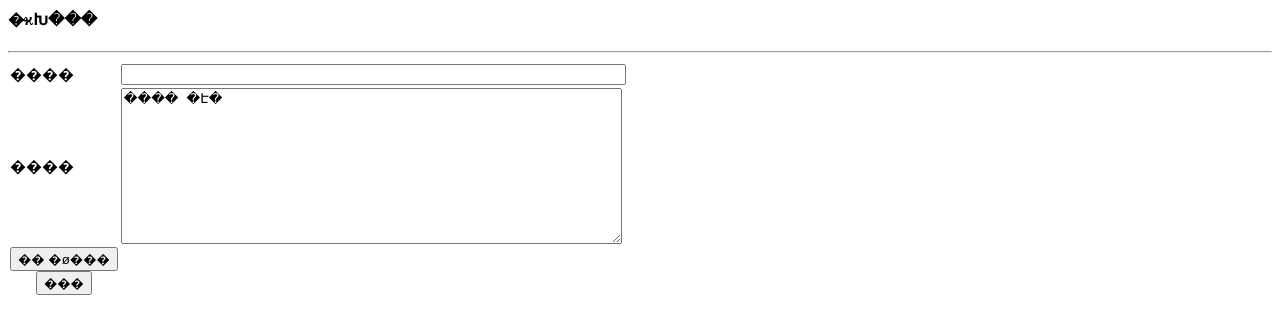
Repository: 2ujin/2018-PHP-afterschool
Page: http://localhost/CH06/ch06_05.php
An editor plug-in stored every save of this project. The page is shown before and after the next save, followed by the edit.
The browser window is 1280 px wide. The pictures show the whole page.
The page is run by PHP 8.4 with error messages shown; the project is at /var/www/html/.

Above is the page before, as saved 2018-07-31 01:15:45.

### PHPStudy/CH06/ch06_05.php
<html>
<h4>미니게시판</h4><hr>
<table  width = "60" cellspacing="1" cellpaddding="4">
<tr><td>제목</td><td><input type = text size = 60 id = title></input></td></tr>
<tr><td valign = "middle">내용</td><td><textarea name = "content" cols = "60" rows = "10">내용 입력</textarea></td></tr>
<tr><td align="center"><input type = "submit" value = "글 올리기" id = "submit"><input type="submit" value = "취소" id = "cancel"></td></tr>
</table>
</html>

<?php

?>

After the next save:
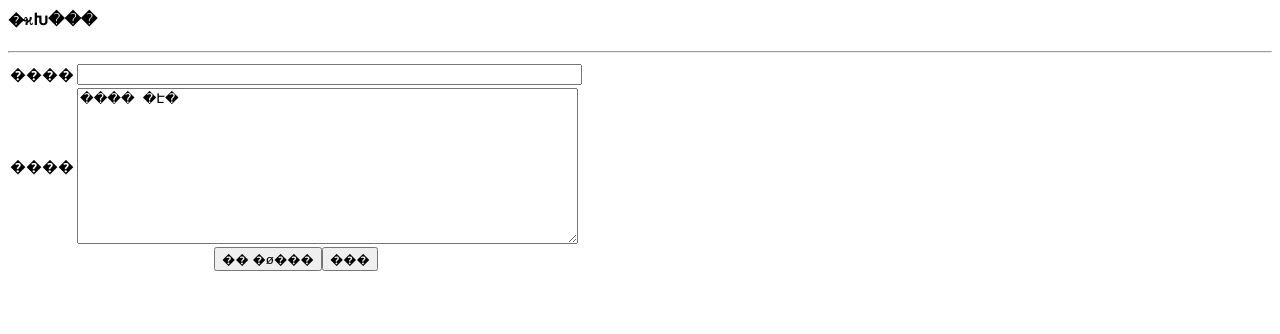
Saved 8 s later.
--- a/PHPStudy/CH06/ch06_05.php
+++ b/PHPStudy/CH06/ch06_05.php
@@ -3,7 +3,7 @@
 <table  width = "60" cellspacing="1" cellpaddding="4">
 <tr><td>제목</td><td><input type = text size = 60 id = title></input></td></tr>
 <tr><td valign = "middle">내용</td><td><textarea name = "content" cols = "60" rows = "10">내용 입력</textarea></td></tr>
-<tr><td align="center"><input type = "submit" value = "글 올리기" id = "submit"><input type="submit" value = "취소" id = "cancel"></td></tr>
+<tr><td align="center" colspan = "2"><input type = "submit" value = "글 올리기" id = "submit"><input type="submit" value = "취소" id = "cancel"></td></tr>
 </table>
 </html>
 
